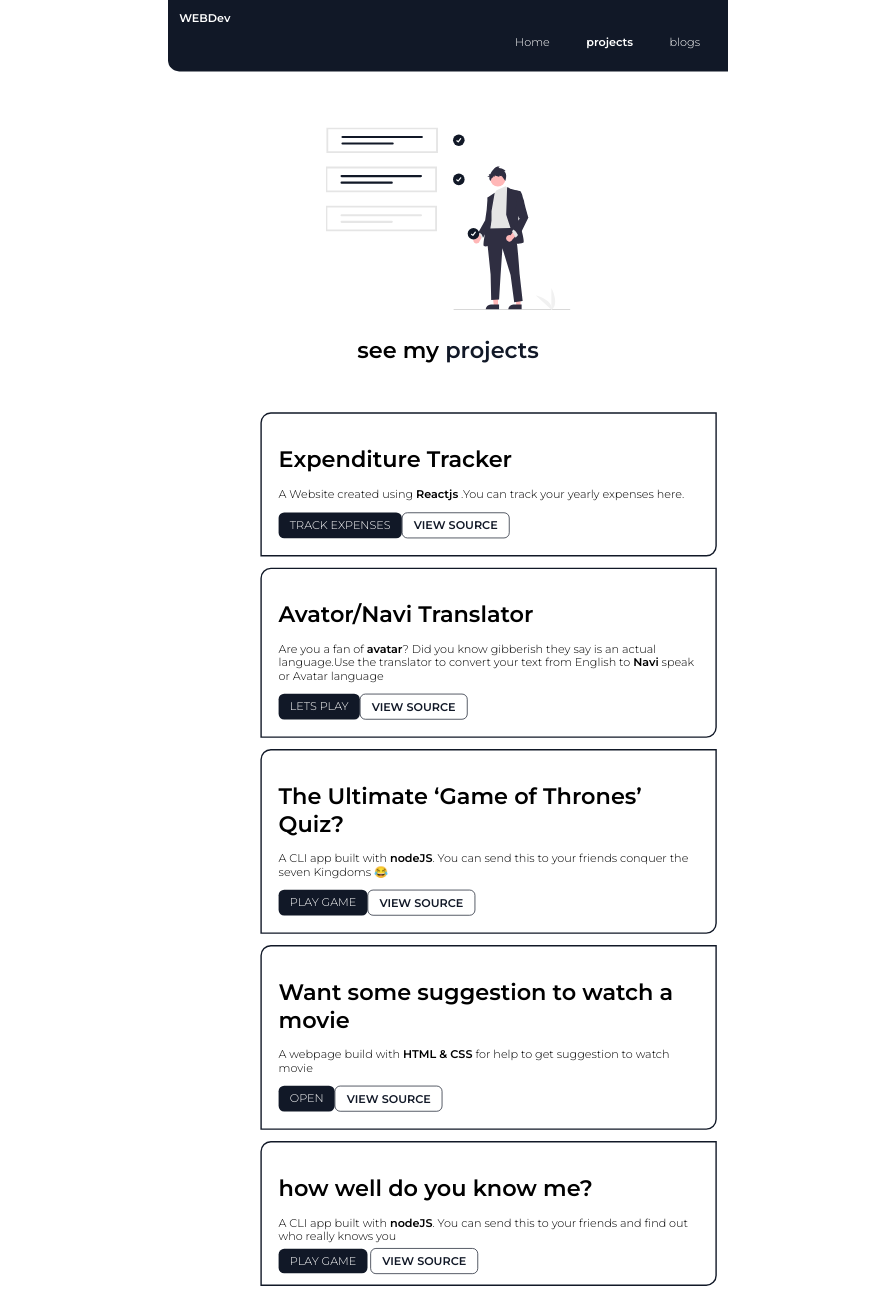
Repository: sohan2503001/Portfolio
Page: projects.html
An editor plug-in stored every save of this project. The page is shown before and after a run of saves, followed by the edit.
The browser window is 1280 px wide. The pictures show the whole page, at 70% of full size.

Above is the page before, as saved 2021-05-11 18:25:09.

### projects.html
<!DOCTYPE html>
<html lang="en">

<head>
  <meta charset="UTF-8" />
  <meta name="viewport" content="width=device-width, initial-scale=1.0" />
  <title>Projects | Sohan</title>
  <link rel="stylesheet" href="style.css" />
  <link rel="icon" href="images/favicon.svg" sizes="any" type="image/svg+xml">
</head>

<body>
  <nav class="navigation container">
    <div class="nav-brand">WEBDev</div>
    <ul class="list-non-bullet nav-pills">
      <li class="list-item-inline">
        <a class="link" href="/">Home</a>
      </li>
      <li class="list-item-inline">
        <a class="link link-active" href="projects.html">projects</a>
      </li>
      <li class="list-item-inline">
        <a class="link" href="blogs.html">blogs</a>
      </li>
    </ul>
  </nav>

  <header class="hero">
    <img class="hero-img" src="images/pro.svg" alt="" />
    <h1 class="hero-heading">
      see my<span class="heading-inverted"> projects</span>
    </h1>
  </header>


  <ol class="list list-non-bullet">


    <div class="container container-center box-contain">
      <li>
        <h1>Expenditure Tracker</h1>
        <p>
          A Website created using <strong>Reactjs</strong> .You can track your yearly expenses here.
        </p>

        <div class="link-button">
          <a class="link link-primary" href="https://expenditure-tracker.netlify.app/"
          target="_blank">TRACK EXPENSES</a>
        <a class="link link-secondary" href="https://github.com/sohan2503001/Expenditure-Tracker" target="_blank">VIEW
          SOURCE</a>
        </div>
      </li>
    </div>


    <div class="container container-center box-contain">
      <li>
        <h1>Avator/Navi Translator </h1>
        <p>
          Are you a fan of <strong>avatar</strong>? Did you know gibberish they say is an actual
          language.Use the translator to convert your text from English to <strong>Navi</strong>
          speak or Avatar language
        </p>

        <div class="link-button">
          <a class="link link-primary" href="https://avator-speak.netlify.app/"
          target="_blank">LETS PLAY</a>
        <a class="link link-secondary" href="https://github.com/sohan2503001/Avator-speak" target="_blank">VIEW
          SOURCE</a>
        </div>
      </li>
    </div>


    <div class="container container-center box-contain">
      <li>
        <h1>The Ultimate ‘Game of Thrones’ Quiz?</h1>
        <p>
          A CLI app built with <strong>nodeJS</strong>. You can send this to
          your friends conquer the seven Kingdoms 😂
        </p>

        <div class="link-button">
          <a class="link link-primary" href="https://replit.com/@Sohan250301/GameofThronesQuiz?embed=1&output=1#index.js"
          target="_blank">PLAY GAME</a>
        <a class="link link-secondary" href="https://github.com/sohan2503001/GOTQuiz" target="_blank">VIEW SOURCE</a>
        </div>
      </li>
    </div>


    <div class="container container-center box-contain">
      <li>
        <h1>Want some suggestion to watch a movie</h1>
        <p>
          A webpage build with <strong>HTML & CSS </strong> for help to get suggestion to watch movie
        </p>

        <div class="link-button">
          <a class="link link-primary" href="https://moviesreview.netlify.app/" target="_blank">OPEN</a>
        <a class="link link-secondary" href="https://github.com/sohan2503001/MovieSuggestion" target="_blank">VIEW
          SOURCE</a>
        </div>
      </li>
    </div>


    <div class="container container-center box-contain">
      <li>
        <h1>how well do you know me?</h1>
        <p>
          A CLI app built with <strong>nodeJS</strong>. You can send this to
          your friends and find out who really knows you
        </p>

        <div class="link-button">

        </div>
        <a class="link link-primary" href="https://replit.com/@Sohan250301/How-much-you-know-me?embed=1&output=1"
          target="_blank">PLAY GAME</a>
        <a class="link link-secondary" href="https://github.com/sohan2503001/Quiz1" target="_blank">VIEW SOURCE</a>
      </li>
    </div>


  </ol>
  <script src="code.js"></script>
</body>

</html>

### style.css
@import url('https://fonts.googleapis.com/css2?family=Montserrat:wght@300;600&display=swap');

:root{
    --primary-color: #111827;
    --dark-gray: #4B5563;
    --off-white: #D1D5DB;
}

body {
    font-family: 'Montserrat', sans-serif;
    margin: auto;
    max-width: 800px;
    width: 100%;
}

hr{
    margin: 2rem 0rem;
}

/** container **/
.container{
    padding: 0rem 1rem;
}

.container-center{
    max-width: 600px;
    margin: auto;
}

/** links **/
.link{
    text-decoration: none;
    padding: 0.5rem 1rem;
    /*margin: 1rem 0rem 1rem 0rem;*/
}

.link-primary{
    background-color: var(--primary-color);
    border-radius: 0.5rem;
    color:white;
}

.link-secondary{
    color: var(--primary-color);
    border-radius: 0.5rem;
    border: 1px solid var(--primary-color);
    font-weight: bold;
}

/** lists **/

.list-non-bullet{
    list-style: none;
}

.list-item-inline{
    display: inline;
    padding: 0rem 0.5rem;
}

/** navigation **/

.navigation{
    background-color: var(--primary-color);
    color: white;
    padding: 1rem;
    border-bottom-left-radius: 1rem;
}

.navigation .nav-brand{
    font-weight: bold;
}

.navigation .nav-pills{
    text-align: right;
}

.navigation .link{
    color: white;
}

.navigation .link-active{
    font-weight: bold;
}

/**header **/

.hero{
    padding: 2rem;
    padding-top: 5rem;
}

.hero .hero-img{
    max-width: 350px;
    display: block;
    margin: auto;
}

.hero .hero-heading{
    padding-top: 1rem;
    color: var(--dark-red);
    text-align: center;
}

.hero .hero-heading .heading-inverted{
    color: var(--primary-color)
}

/** section **/
.section{
    padding: 1rem;
    border-radius: 15px;
    margin: 2rem;
}

.section h1{
    text-align: center;
    font-weight: bolder;
}

.ow {
    background-color: var(--off-white);
}

.section p{
    font-weight: bold;
}

/**footer **/

.footer{
    background-color: var(--primary-color);
    padding: 1rem;
    text-align: center;
    color: white;
    border-top-right-radius: 1rem;
}

.footer .link{
    color: white;
}

.footer .footer-header{
    font-weight: bold;
    font-size: large;
}

.footer ul{
    padding-inline-start: 0px;
}

/**Projects**/
.box-contain{
    border: 2px solid var(--primary-color);
    padding: 1.5rem;
    border-top-left-radius: 15px;
    border-bottom-right-radius: 15px;
    margin: auto;
    margin-top: 1rem;
    margin-right: 1rem;
}

.link-button{
    display: flex;
}

### code.js
function myFunction() {
    var element = document.body;
    element.classList.toggle("dark-mode");
}

After the next 3 saves:
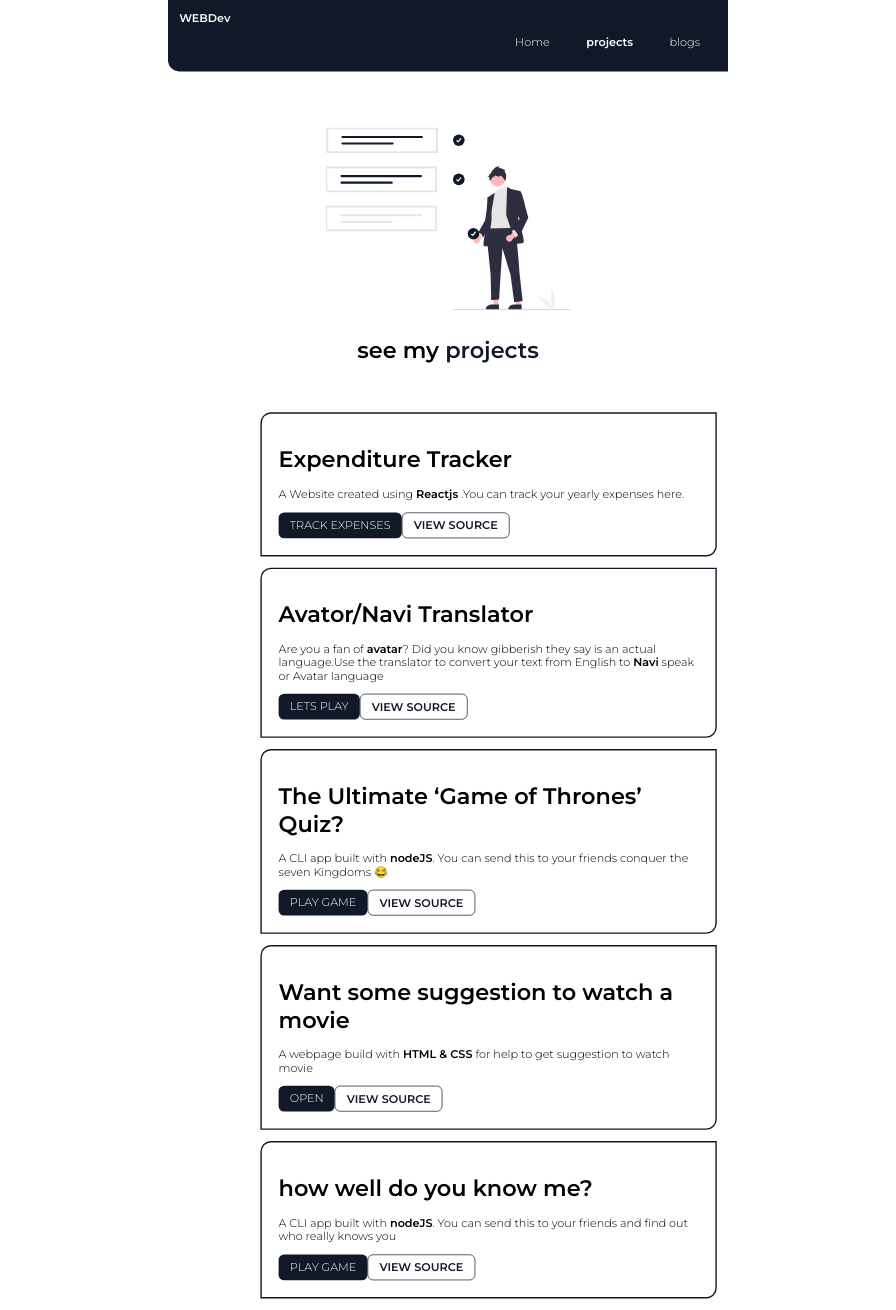
The 3 saves are shown as one change because they came seconds apart.
The last was saved 9 s later.
--- a/projects.html
+++ b/projects.html
@@ -114,11 +114,10 @@
         </p>
 
         <div class="link-button">
-
-        </div>
-        <a class="link link-primary" href="https://replit.com/@Sohan250301/How-much-you-know-me?embed=1&output=1"
+          <a class="link link-primary" href="https://replit.com/@Sohan250301/How-much-you-know-me?embed=1&output=1"
           target="_blank">PLAY GAME</a>
         <a class="link link-secondary" href="https://github.com/sohan2503001/Quiz1" target="_blank">VIEW SOURCE</a>
+        </div>
       </li>
     </div>
 
